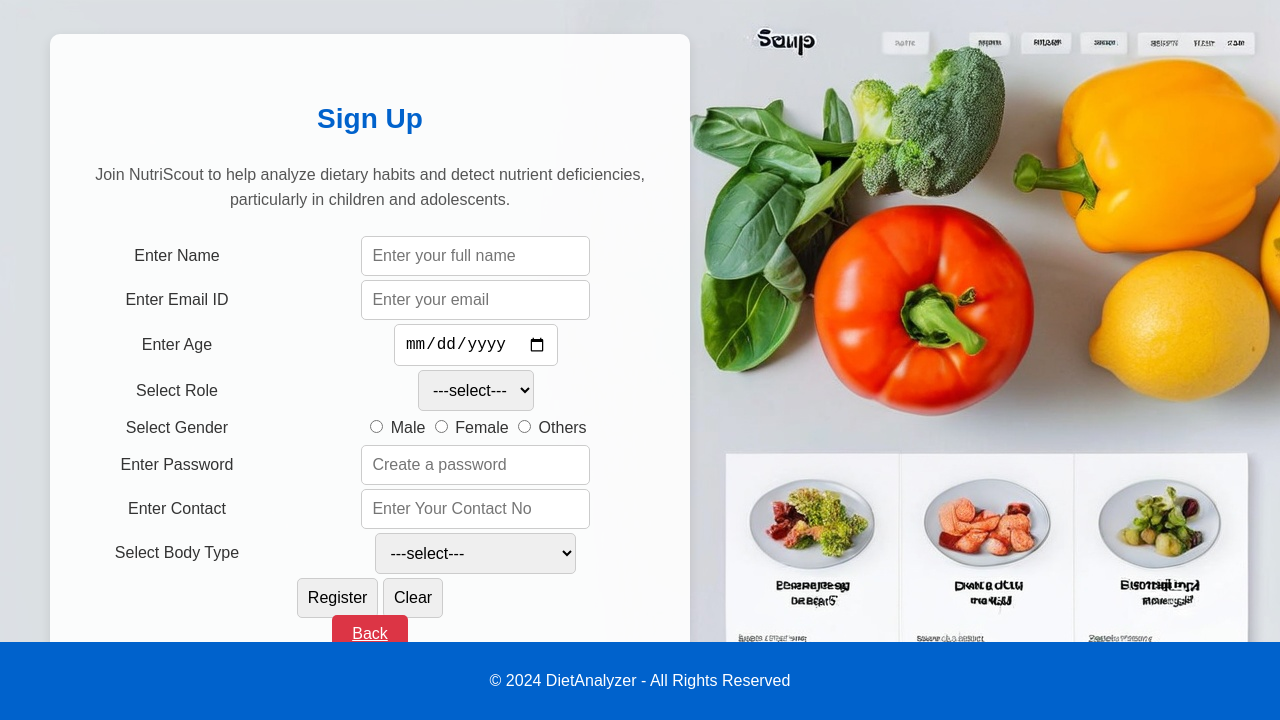
Repository: chaitanyasivathmika/NutrientDiet
Page: http://localhost/NutrientDiet/userreg.jsp
An editor plug-in stored every save of this project. The page is shown before and after the next save, followed by the edit.
The browser window is 1280 px wide. The pictures show the whole page.
The page is served by Tomcat 10.

Above is the page before, as saved 2024-11-17 04:45:53.

After the next save:
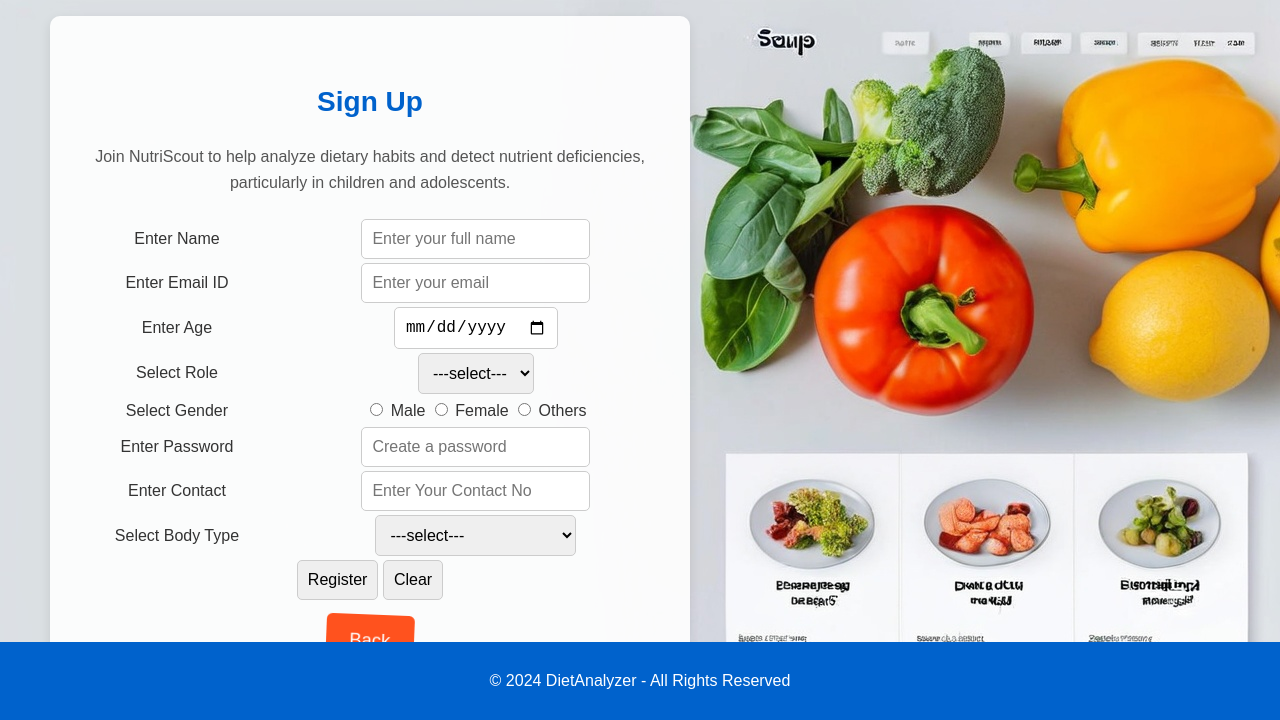
Saved 17 s later.
--- a/NutrientDiet/src/main/webapp/userreg.jsp
+++ b/NutrientDiet/src/main/webapp/userreg.jsp
@@ -84,6 +84,7 @@ main {
 }
 
 .back-btn {
+    display: inline-block;
     background-color: #dc3545;
     color: white;
     padding: 10px 20px;
@@ -92,12 +93,33 @@ main {
     cursor: pointer;
     font-size: 16px;
     margin-top: 15px;
-    transition: background-color 0.3s ease;
+    transition: transform 0.2s ease, background-color 0.3s ease;
+    animation: crazyEffect 1.5s infinite alternate;
+    text-decoration: none; /* Removes underline for link */
+}
+
+/* Crazy color and size change animation */
+@keyframes crazyEffect {
+    0% {
+        transform: rotate(0deg) scale(1);
+        background-color: #dc3545;
+    }
+    50% {
+        transform: rotate(-15deg) scale(1.1);
+        background-color: #ff6347;
+    }
+    100% {
+        transform: rotate(15deg) scale(1.2);
+        background-color: #ff4500;
+    }
 }
 
 .back-btn:hover {
     background-color: #c82333;
-}
+    transform: rotate(360deg) scale(1.3);
+    transition: transform 0.5s ease;
+}
+
 
 /* Footer */
 footer {
